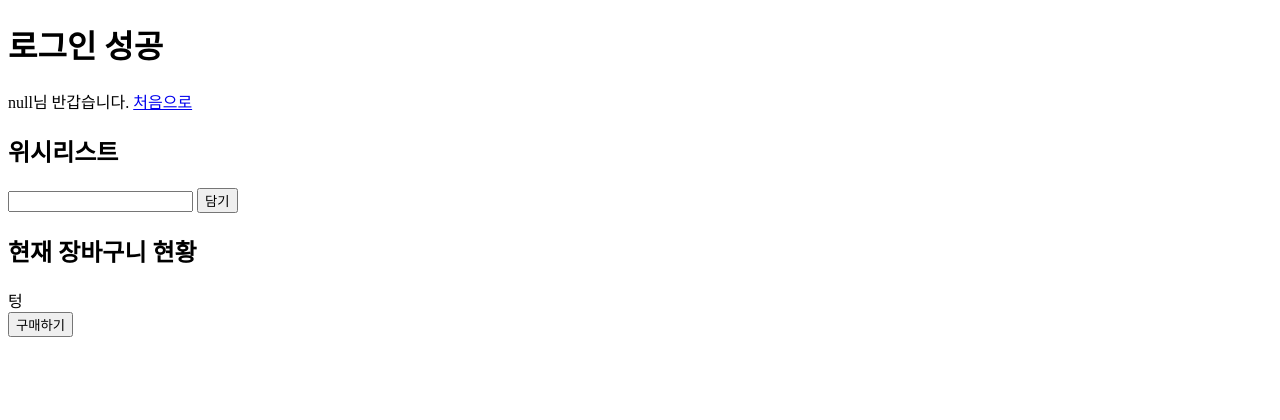
Repository: roadtofuture/woorifisa_java
Page: http://localhost/web_day3/login/loginResult.jsp
These files come from the project's save history. The page is drawn as it stood at one moment and after the next save; the edit follows.
The browser window is 1280 px wide. The pictures show the whole page.
The page is served by Tomcat 9.

Above is the page before, as saved 2023-06-19 03:32:37.

After the next save:
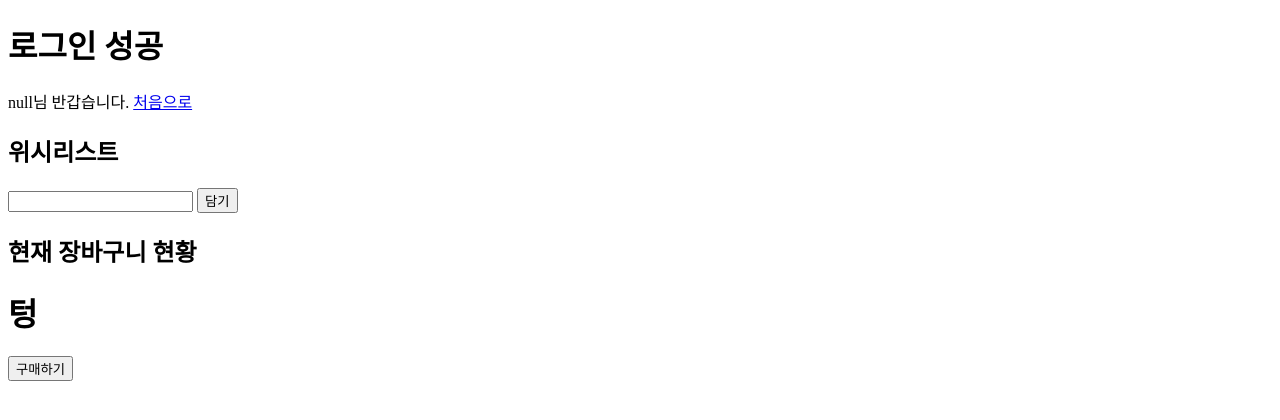
Saved 42 s later.
--- a/web_day3/src/main/webapp/login/loginResult.jsp
+++ b/web_day3/src/main/webapp/login/loginResult.jsp
@@ -27,7 +27,7 @@
 		<%
 		} else {
 		%>
-		텅
+		<h1>텅</h1>
 		<%
 		}
 		%>
